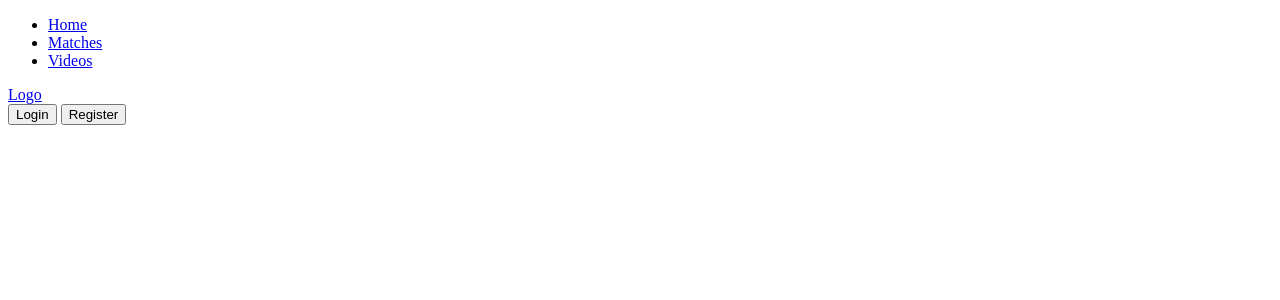
Repository: Temitech001/wrestling
Page: spiritofwarrior/videos.html
These files come from the project's save history. The page is drawn as it stood at one moment and after the next save; the edit follows.
The browser window is 1280 px wide. The pictures show the whole page.

Above is the page before, as saved 2023-08-12 01:02:02.

### spiritofwarrior/videos.html
<!DOCTYPE html>
<html lang="en">
<head>
    <meta charset="UTF-8">
    <meta name="viewport" content="width=device-width, initial-scale=1.0">
    <title>Document</title>
</head>
<body>
    <div class="navbar">
        <ul class="menu-items">
          <li class="menu-item"><a href="/index.html">Home</a></li>
          <li class="menu-item"><a href="/matches.html">Matches</a></li>
          <li class="menu-item"><a href="/videos.html">Videos</a></li>
        </ul>
        <div class="logo">
          <a href="#">Logo</a>
        </div>
        <div class="buttons">
          <a href="/login.html"><button class="button btn-login">Login</button></a>
          <a href="/register.html"><button class="button btn-reg">Register</button></a>
        </div>
      </div>
</body>
</html>

After the next save:
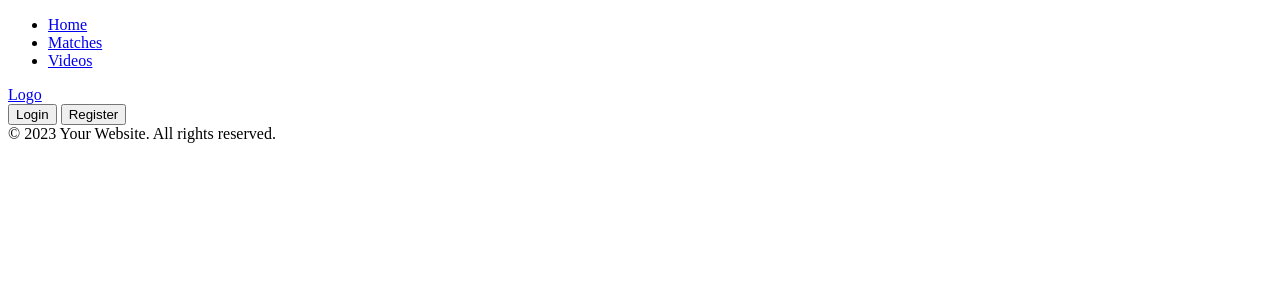
Saved 17 s later.
--- a/spiritofwarrior/videos.html
+++ b/spiritofwarrior/videos.html
@@ -20,5 +20,9 @@
           <a href="/register.html"><button class="button btn-reg">Register</button></a>
         </div>
       </div>
+
+      <footer class="footer">
+        &copy; 2023 Your Website. All rights reserved.
+      </footer>
 </body>
 </html>
